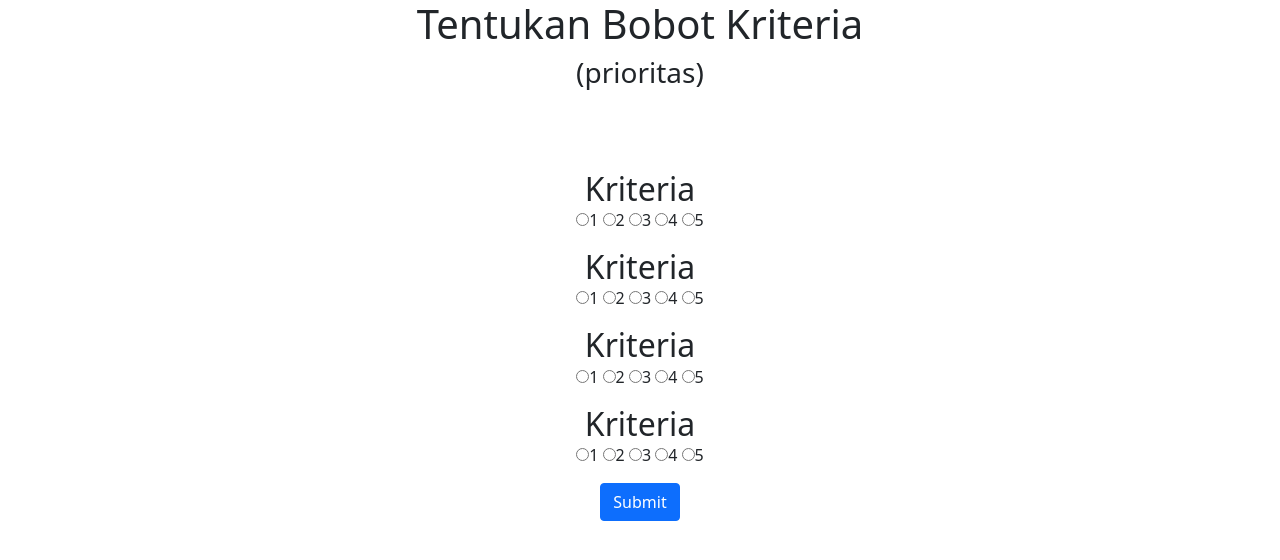
Repository: aqordeon/SPKWP
Page: http://localhost/hitungKriteria.php
An editor plug-in stored every save of this project. The page is shown before and after the next save, followed by the edit.
The browser window is 1280 px wide. The pictures show the whole page.
The page is run by PHP 8.4 with error messages shown; the project is at /var/www/html/. Queries for data that is not in the repository find no rows.

Above is the page before, as saved 2021-01-01 23:18:36.

After the next save:
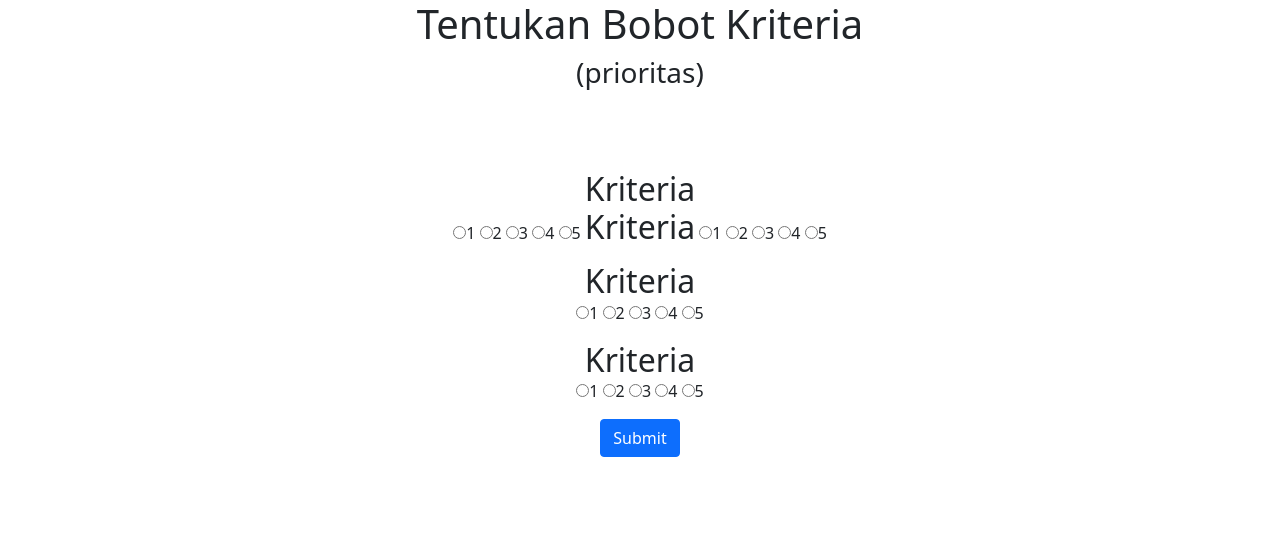
Saved 32 s later.
--- a/hitungKriteria.php
+++ b/hitungKriteria.php
@@ -44,10 +44,8 @@
                     <label class="radio-inline">
                         <input type="radio" name="optradio_kriteria" value="5">5
                     </label>
-                </form>
 
                 <h2 style="display: inline;">Kriteria</h2>
-                <form method="post" action="" enctype='multipart/form-data'>
                     <label class="radio-inline">
                         <input type="radio" name="optradio_kriteria" value="1">1 <!-- name = optradio1 / optradio2 -->
                     </label>

After the save that followed:
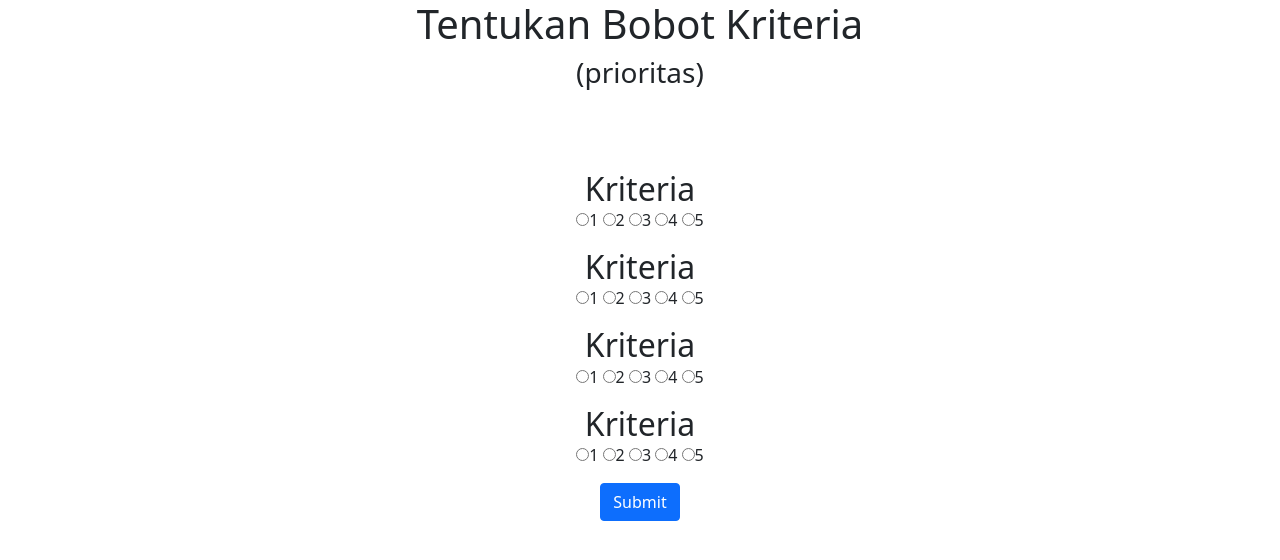
Saved 6 s later.
--- a/hitungKriteria.php
+++ b/hitungKriteria.php
@@ -44,8 +44,10 @@
                     <label class="radio-inline">
                         <input type="radio" name="optradio_kriteria" value="5">5
                     </label>
+                </form>
 
                 <h2 style="display: inline;">Kriteria</h2>
+                <form method="post" action="" enctype='multipart/form-data'>
                     <label class="radio-inline">
                         <input type="radio" name="optradio_kriteria" value="1">1 <!-- name = optradio1 / optradio2 -->
                     </label>
